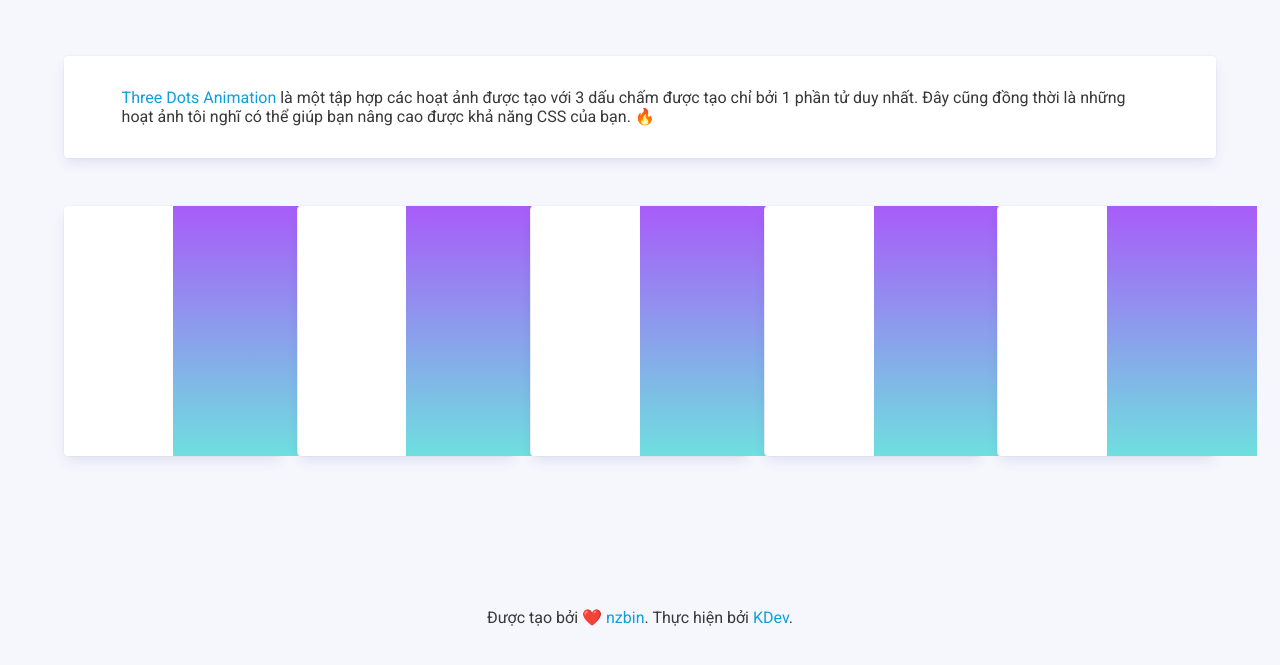
Repository: haokiet2501/lazy-loader-animation
Page: index.html
The author's editor kept a copy of each file at every save. The page is drawn from the files as they stood at one save, then again after a run of saves.
The browser window is 1280 px wide. The pictures show the whole page.
The style sheet was rebuilt from its Sass, Less or Tailwind sources for each picture, by a compiler version that may differ from the author's.

Above is the page before, as saved 2022-05-06 19:56:45.

### index.html
<!DOCTYPE html>
<html lang="en">
<head>
    <meta charset="UTF-8">
    <meta http-equiv="X-UA-Compatible" content="IE=edge">
    <meta name="viewport" content="width=device-width, initial-scale=1.0">
    <link rel="shortcut icon" href="image/KDEV.png" type="image/x-icon">
    <link rel="stylesheet" href="sass/css/styles.css">
    <title>Three Dots Animation</title>
</head>
<body>
    <div class="container">
        <div class="title">
            <a href="/" target="_blank">Three Dots Animation</a> là một tập hợp các hoạt ảnh được tạo với 3 dấu chấm được tạo chỉ bởi 1 phần tử duy nhất. Đây cũng đồng thời là những hoạt ảnh tôi nghĩ có thể giúp bạn nâng cao được khả năng CSS của bạn. 🔥
        </div>

        <div class="row">
            <div class="box">
                <div class="stage">

                </div>
            </div>
            <div class="box">
                <div class="stage">

                </div>
            </div>
            <div class="box">
                <div class="stage">

                </div>
            </div>
            <div class="box">
                <div class="stage">

                </div>
            </div>
            <div class="box">
                <div class="stage">

                </div>
            </div>
        </div>

        <footer class="footer">
            <p>
                Được tạo bởi ❤️ <a href="https://github.com/nzbin" target="_blank">nzbin</a>.
                Thực hiện bởi <a href="/" target="_blank">KDev</a>.
            </p>
        </footer>
    </div>
</body>
</html>

### sass/styles.scss
@import 'base/base';

$color-text: #383838;
$color-line: #50dfdb;

.container {
    padding: 2rem 4rem;
}

.title {
    background: #fff;
    padding: 2rem 5%;
    margin: 1.5rem 0;
    box-shadow: 0 .4rem .8rem -.1rem rgba(0, 32, 128, .1), 0 0 0 1px #f0f2f7;
    border-radius: .25rem;
    color: $color-text;
}

.box {
    position: relative;
    height: 250px;
    background: #fff;
    padding: 2rem 5%;
    margin: 1.5rem 0;
    box-shadow: 0 .4rem .8rem -.1rem rgba(0, 32, 128, .1), 0 0 0 1px #f0f2f7;
    border-radius: .25rem;
}

.box::before {
    content: '';
    position: absolute;
    top: 0;
    left: 50%;
    width: 150px;
    height: 100%;
    background: linear-gradient(#A85CF9, #6FDFDF);
}

.row {
    display: grid;
    grid-template-columns: repeat(auto-fill, minmax(184px, 1fr));
    gap: 24px 16px;
}

.footer {
    display: flex;
    justify-content: center;
    align-items: center;
    margin: 128px 0 20px;
}

.footer > p {
    color: $color-text;
}

### sass/base/_base.scss
@import url('https://fonts.googleapis.com/css2?family=Roboto:wght@300;400;500;700&display=swap');

*, ::before, ::after {
    margin: 0;
    padding: 0;
    box-sizing: border-box;
}

html, body {
    scroll-behavior: smooth;
    font-family: 'Roboto', sans-serif;
    background: #f6f7fd;
    height: 100%;
    overflow: auto;
}

a {
    text-decoration: none;
    color: #0AA1DD;
}

After the next 3 saves:
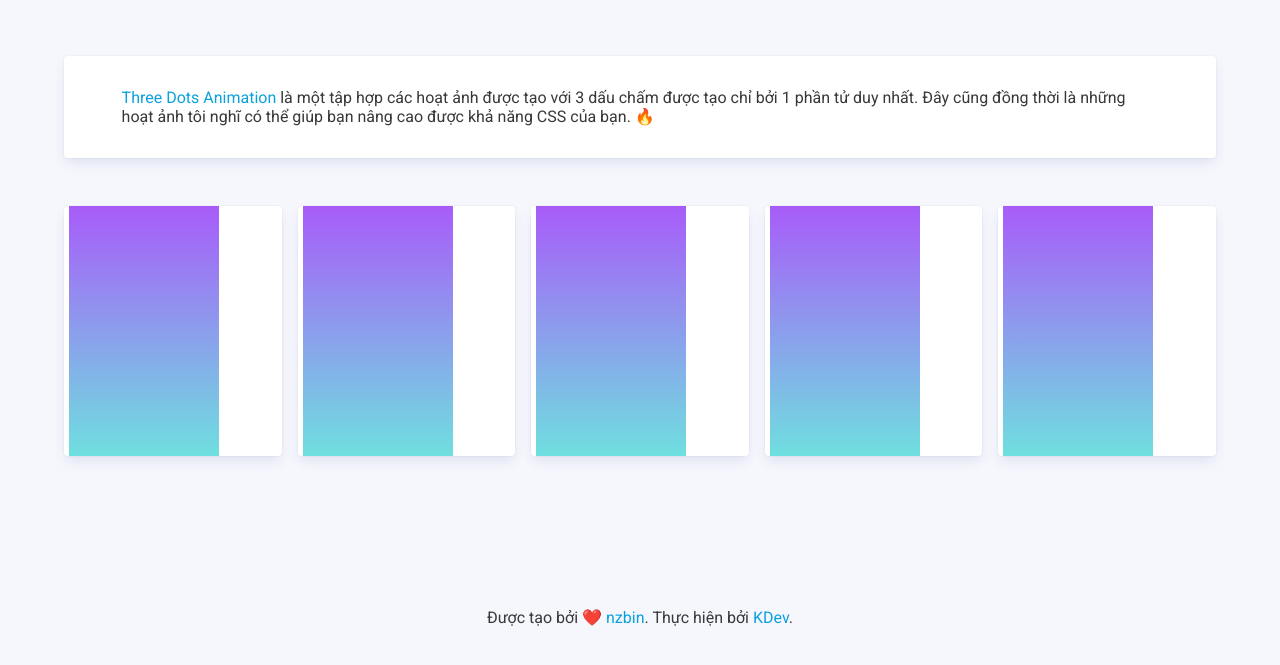
The 3 saves are shown as one change because 1 did not build or start and some came seconds apart.
The last was saved 16 s later.
--- a/sass/styles.scss
+++ b/sass/styles.scss
@@ -30,7 +30,7 @@ $color-line: #50dfdb;
     content: '';
     position: absolute;
     top: 0;
-    left: 50%;
+    left: 5px;
     width: 150px;
     height: 100%;
     background: linear-gradient(#A85CF9, #6FDFDF);
